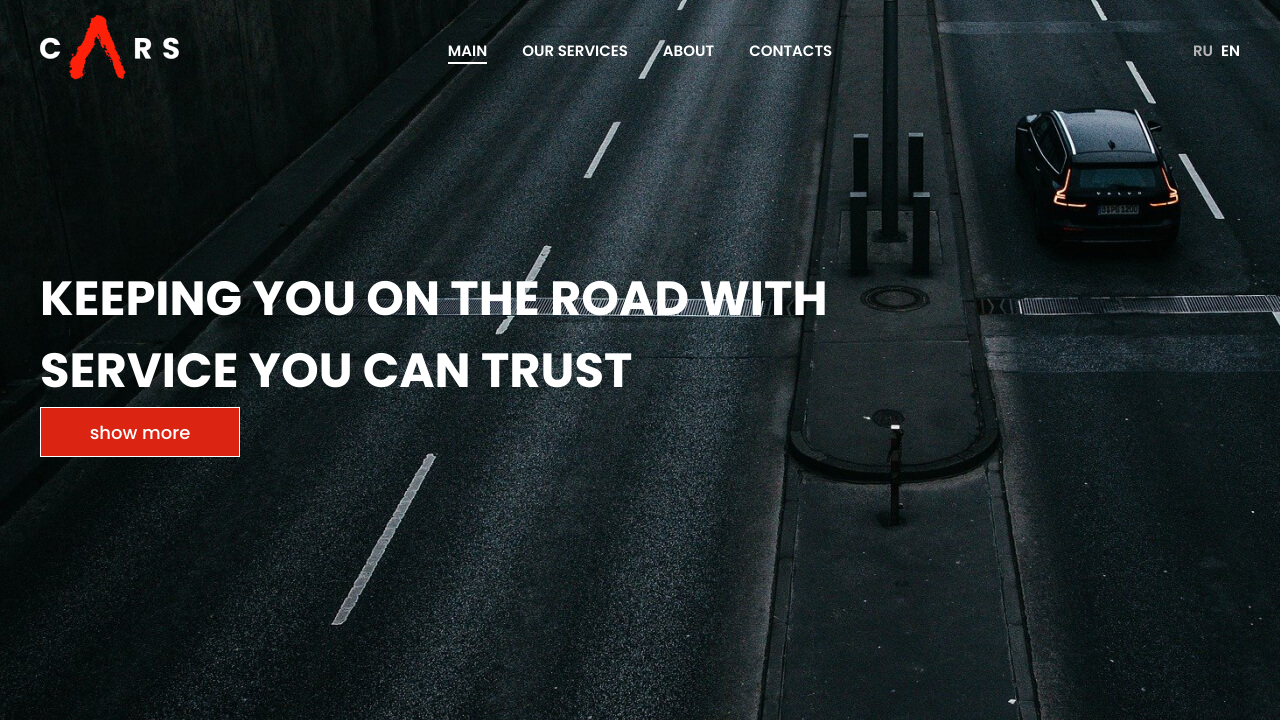
Repository: Earn1ll/car_repair
Page: index.html
An editor plug-in stored every save of this project. The page is shown before and after the next save, followed by the edit.
The browser window is 1280 px wide. The pictures show the whole page.
The pointer rests on the first visible `.btn`.

Above is the page before, as saved 2022-09-18 15:19:00.

After the next save:
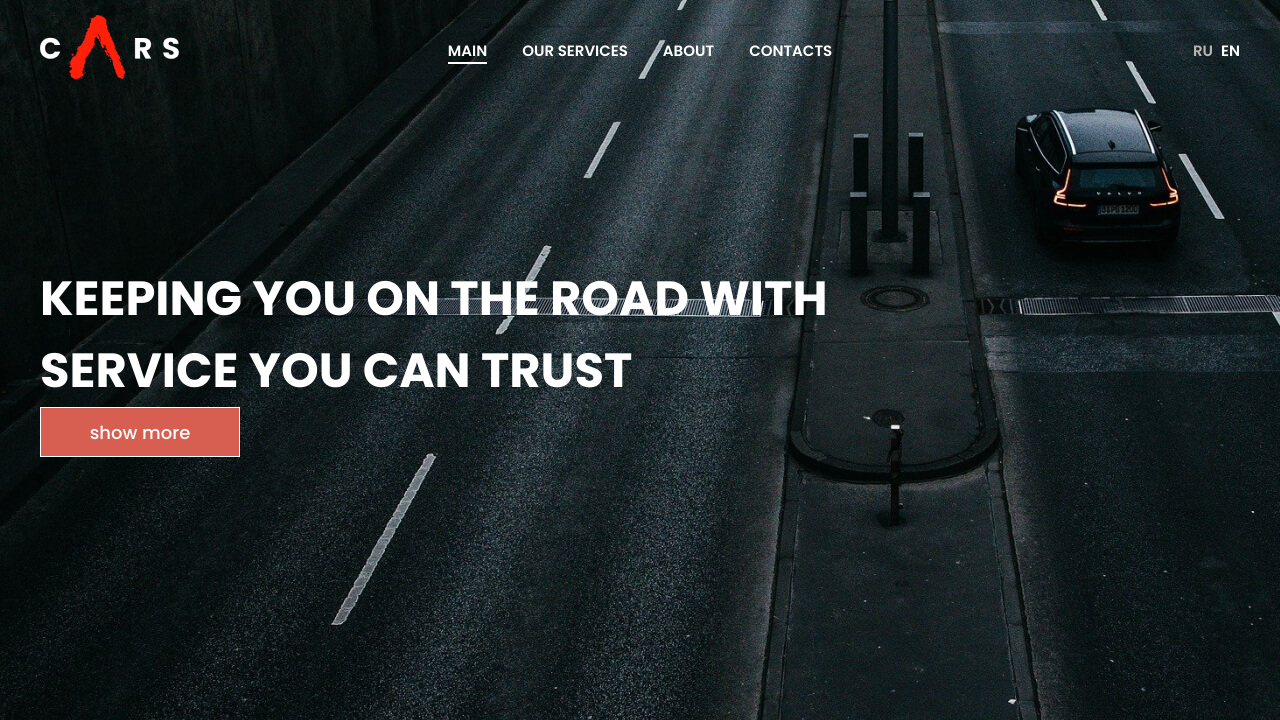
Saved 25 s later.
--- a/css/style.css
+++ b/css/style.css
@@ -33,7 +33,7 @@
 }
 
 .btn:hover {
-
+    background-color: #d65f52;
 }
 
 
